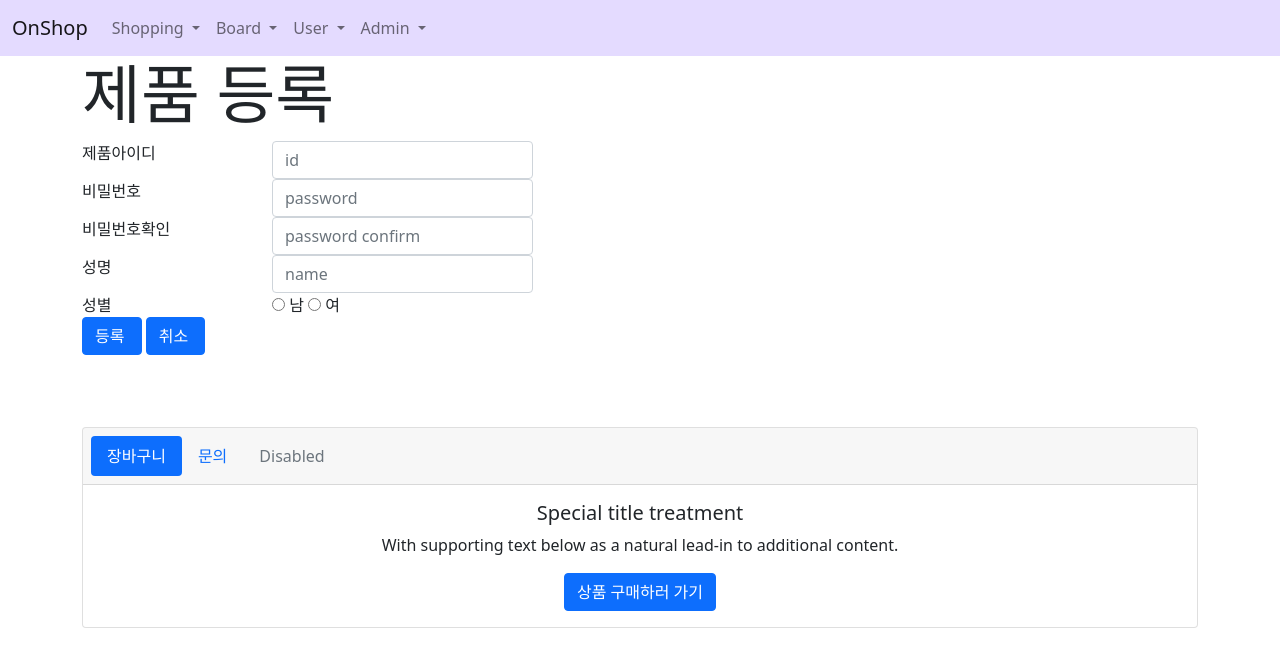
Repository: HimNahyeon/devClassBackup
Page: http://localhost/WebShop2/product/addProduct.jsp
The author's editor kept a copy of each file at every save. The page is drawn from the files as they stood at one save, then again after the next save.
The browser window is 1280 px wide. The pictures show the whole page.
The page is served by Tomcat 9.

Above is the page before, as saved 2021-11-04 06:08:00.

After the next save:
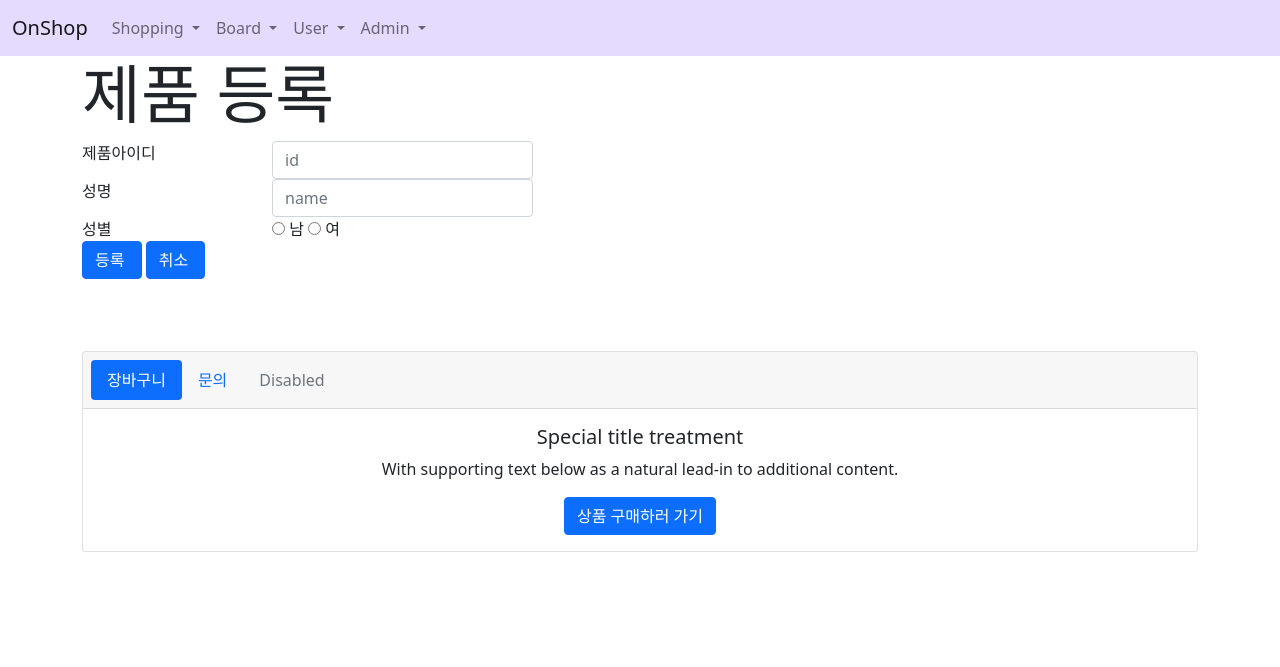
Saved 18 s later.
--- a/jsp/WebShop2/WebContent/product/addProduct.jsp
+++ b/jsp/WebShop2/WebContent/product/addProduct.jsp
@@ -23,18 +23,6 @@
             </div>
          </div>
          <div class="form-group  row">
-            <label class="col-sm-2">비밀번호</label>
-            <div class="col-sm-3">
-               <input name="password" type="password" class="form-control" placeholder="password" >
-            </div>
-         </div>
-         <div class="form-group  row">
-            <label class="col-sm-2">비밀번호확인</label>
-            <div class="col-sm-3">
-               <input name="password_confirm" type="password" class="form-control" placeholder="password confirm" >
-            </div>
-         </div>
-         <div class="form-group  row">
             <label class="col-sm-2">성명</label>
             <div class="col-sm-3">
                <input name="name" type="text" class="form-control" placeholder="name" >
